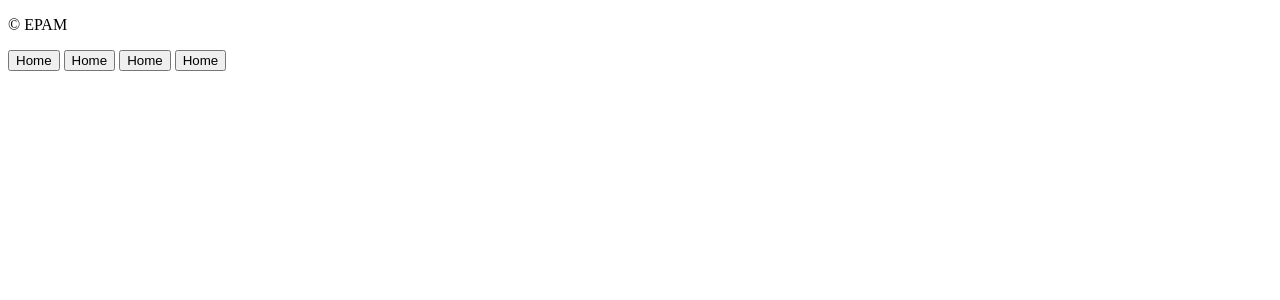
Repository: M1shkaBear/FLX
Page: FLX_homework_4/homework/index.html
An editor plug-in stored every save of this project. The page is shown before and after the next save, followed by the edit.
The browser window is 1280 px wide. The pictures show the whole page.

Above is the page before, as saved 2019-01-29 03:09:56.

### FLX_homework_4/homework/index.html
<!DOCTYPE html>
<html lang="en">
  <head>
    <meta charset="UTF-8" />
    <meta name="viewport" content="width=device-width, initial-scale=1.0" />
    <meta http-equiv="X-UA-Compatible" content="ie=edge" />
    <title>Document</title>
  </head>
  <body>
    <header class="header"></header>

    <main class="main"></main>

    <footer class="footer">
      <section class="about"><section class="paragraphs"></section></section>

      <section class="footer-menu">
        <p>&copy; EPAM</p>

        <section class="footer-navigation">
          <button class="btn">Home</button> <button class="btn">Home</button>
          <button class="btn">Home</button> <button class="btn">Home</button>
        </section>
      </section>
    </footer>
  </body>
</html>

After the next save:
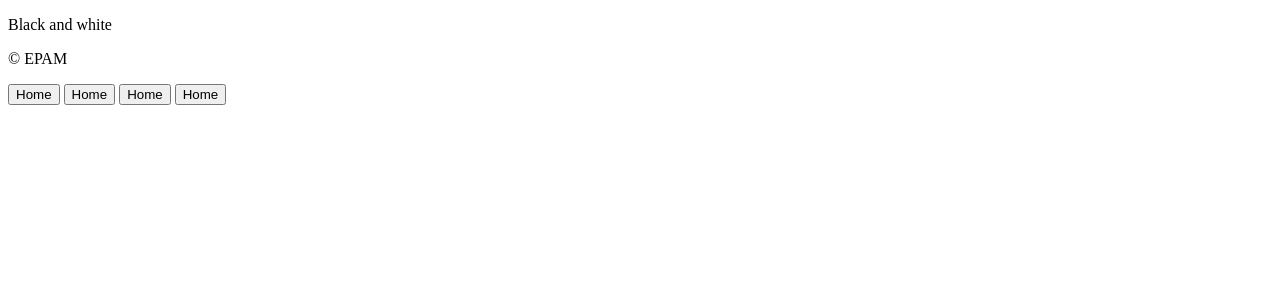
Saved 119 s later.
--- a/FLX_homework_4/homework/index.html
+++ b/FLX_homework_4/homework/index.html
@@ -12,7 +12,9 @@
     <main class="main"></main>
 
     <footer class="footer">
-      <section class="about"><section class="paragraphs"></section></section>
+      <section class="about">
+        <section class="paragraphs"><p>Black and white</p></section>
+      </section>
 
       <section class="footer-menu">
         <p>&copy; EPAM</p>
